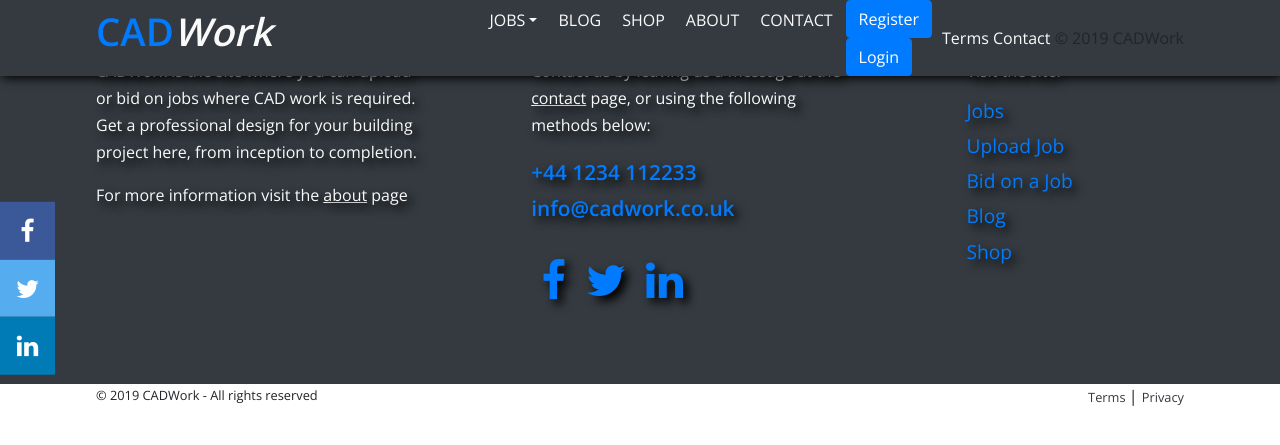
Repository: JShad30/cadwork
Page: templates/base.html
The author's editor kept a record of every edit. The page is drawn from the files as they stood at one moment, then again after the next edit.
The browser window is 1280 px wide. The pictures show the whole page.
The template is drawn by Django 2.2. The application's start-up code is not run. Other server files are loaded and not shown. The template is opened directly, without the code that normally fills it, so the values that code supplies are empty.

Above is the page before.

### templates/base.html
{% load staticfiles %}
<!DOCTYPE html>
<html lang="en">

<head>
	<!--Meta descriptions-->
    <meta charset="UTF-8">
    <meta name="viewport" content="width=device-width, initial-scale=1.0">
    <meta http-equiv="X-UA-Compatible" content="ie=edge">
    <meta name="description" content="Upload jobs and find a CAD Professional for your project">

    <!--Website title and description-->
    <title>CADWork</title>

    <!--Links to font awesome used for social icons and the css file and the bootstrap framework-->
    <link rel="stylesheet" href="https://stackpath.bootstrapcdn.com/bootstrap/4.3.1/css/bootstrap.min.css" integrity="sha384-ggOyR0iXCbMQv3Xipma34MD+dH/1fQ784/j6cY/iJTQUOhcWr7x9JvoRxT2MZw1T" crossorigin="anonymous">
    <link rel="stylesheet" href="https://cdnjs.cloudflare.com/ajax/libs/font-awesome/4.7.0/css/font-awesome.min.css">
    <link rel="stylesheet" href="{% static 'css/styles.css' %}">
</head>

<!--This html page will have the navbar and footer that will be used on every one of the pages-->
<body>

	<nav class="navbar navbar-expand-lg navbar-dark bg-dark">
		<div class="navbar-container">
			<div class="navbar-logo-dropdown-icon">
			    <h2 class="navbar-logo"><a class="navbar-brand" href="#"><span class="navbar-logo-blue">CAD</span><span class="navbar-logo-white">Work</span></a></h2>
			    <button class="navbar-toggler" type="button" data-toggle="collapse" data-target="#navbarNavDropdown" aria-controls="navbarNavDropdown" aria-expanded="false" aria-label="Toggle navigation">
			        <span class="navbar-toggler-icon"></span>
			    </button>
		    </div>
		    <div class="collapse navbar-collapse" id="navbarNavDropdown">
		        <ul class="navbar-nav ml-1">
		        	<li class="nav-item">
		                <a class="nav-link dropdown-toggle" href="#" id="navbarDropdownMenuLink" role="button" data-toggle="dropdown" aria-haspopup="true" aria-expanded="false">Jobs</a>
		        		<div class="dropdown-menu bg-dark" aria-labelledby="navbarDropdownMenuLink">
				            <a class="dropdown-item pl-3" href="#">Upload</a>
				            <a class="dropdown-item pl-3" href="#">Bid</a>
		        		</div>
		      		</li>
		            <li class="nav-item">
		                <a class="nav-link" href="#">Blog</a>
		            </li>
		            <li class="nav-item">
		                <a class="nav-link" href="#">Shop</a>
		            </li>
		            <li class="nav-item">
		                <a class="nav-link" href="#">About</a>
		            </li>
		            <li class="nav-item">
		                <a class="nav-link" href="#">Contact</a>
		            </li>
		            <!--Buttons that link to pages allowing the user to sign up or login to their membership area-->

	                {% if user.is_authenticated %}
	                <!--Account link which only appears if user is logged in-->
	                <div class="nav-item">
	                	<a class="nav-link" href="#">Account</a>
	                </div>
	                <div class="nav-item">
	                	<button class="btn btn-info" href="#" role="button">Logout</button>
	                </div>

		            {% else %}
		            <div class="nav-item">
	                	<button class="btn btn-primary" href="#" role="button">Register</button>
	                	<button class="btn btn-primary" href="#" role="button">Login</button>
	                </div>
		            {% endif %}
		    	</ul>
		    	<!--Contact and about page only appears in mobile views-->
		        <div class="contact-about-navbar">
		          	<div class="contact-about-navbar-links">
			            <a id="terms-navbar" class="terms-privacy-link" href="#">Terms</a>
			            <a id="privacy-navbar" class="terms-privacy-link" href="#">Contact</a>
			            <span class="contact-about-link">&#169; 2019 CADWork</span>
			        </div>
		        </div>
		  	</div>
		</div>
	</nav>

    <!--These social icons only display where the website is being displayed on mobile views -->
    <div class="icon-bar-desktop-views">
		<a href="https://www.facebook.com/" target="_blank" class="icon-bar-facebook"><i class="fa fa-facebook"></i></a>
		<a href="https://twitter.com/" target="_blank" class="icon-bar-twitter"><i class="fa fa-twitter"></i></a>
		<a href="https://www.linkedin.com/?hl=en" target="_blank" class="icon-bar-linkedin"><i class="fa fa-linkedin"></i></a>
	</div>

    {% block content %}
    {% endblock %}

    <footer class="footer">
		<div class="footer-top">
			<div class="footer-container">
	            <!--Links at the top of the footer section-->
				<div class="footer-top-areas">
					<!--Select the recipes by meal type-->
					<div class="footer-section">
						<h3 class="footer-header">About Us</h3>
						<p class="footer-paragraph">CADWork is the site where you can upload or bid on jobs where CAD work is required. Get a professional design for your building project here, from inception to completion.</p>
						<p class="footer-paragraph">For more information visit the <span class="footer-about-contact-link"><a href="#">about</a></span> page</p>
					</div>
					<!--Select recipes by allergen requirements-->
					<div class="footer-section">
						<h3 class="footer-header">Contact Us</h3>
						<p class="footer-paragraph">Contact us by leaving us a message at the <span class="footer-about-contact-link"><a href="#">contact</a></span> page, or using the following methods below:</p>
						<div class="footer-contact options">
							<p class="footer-paragraph" id="footer-paragraph-phone"><a href="tel://+441234112233">+44 1234 112233</a></p>
							<p class="footer-paragraph" id="footer-paragraph-email"><a href="mailto:info@cadwork.co.uk">info@cadwork.co.uk</a></p>
						</div>
						<!--Social links in the footer-->
						<div class="footer-social">
			                <ul class="social-links">
			                    <li class="social"><a class="dropdown-content-link social-link" href="https://www.facebook.com/" target="_blank"><i class="fa fa-facebook"></i></a></li>
			                    <li class="social"><a class="dropdown-content-link social-link" href="https://twitter.com/" target="_blank"><i class="fa fa-twitter"></i></a></li>
			                    <li class="social"><a class="dropdown-content-link social-link" href="https://www.linkedin.com/?hl=en" target="_blank"><i class="fa fa-linkedin"></i></a></li>
			                </ul>
			            </div>

					</div>
					<!--Allow the user to select the pages that show the most recent and the most popular recipes-->
					<div class="footer-section" id="footer-about-section">
						<h3 class="footer-header">Useful Links</h3>
						<p class="footer-paragraph">Visit the site:</p>
						<div class="footer-contact options">
							<p class="footer-paragraph footer-link"><a href="#">Jobs</a></p>
							<p class="footer-paragraph footer-link"><a href="#">Upload Job</a></p>
							<p class="footer-paragraph footer-link"><a href="#">Bid on a Job</a></p>
							<p class="footer-paragraph footer-link"><a href="#">Blog</a></p>
							<p class="footer-paragraph footer-link"><a href="#">Shop</a></p>
						</div>
					</div>
				</div>
			</div>
		</div>
		<!--Bottom section of the footer-->
		<div class="footer-bottom">
			<div class="footer-container">
	            <div class="footer-statement">
	            	<!--Copyright statement-->
	            	<p class="statement">&#169; 2019 CADWork - All rights reserved</p>
	            	<div class="footer-contact-about">
						<p class="footer-contact-about-links">
							<!--Links to the contact and about pages-->
							<span class="footer-contact-about-links-span"><a id="about-footer" class="terms-about-link" href="#">Terms </a></span><span class="footer-contact-about-links-divider">|</span>
				            <span class="footer-contact-about-links-span"><a id="contact-footer" class="terms-about-link" href="#">Privacy</a></span>
				        </p>
					</div>
	            </div>
	        </div>
		</div>
	</footer>

    <!--Scripts to run-->
    <script src="https://code.jquery.com/jquery-3.3.1.slim.min.js" integrity="sha384-q8i/X+965DzO0rT7abK41JStQIAqVgRVzpbzo5smXKp4YfRvH+8abtTE1Pi6jizo" crossorigin="anonymous"></script>
    <script src="https://cdnjs.cloudflare.com/ajax/libs/popper.js/1.14.7/umd/popper.min.js" integrity="sha384-UO2eT0CpHqdSJQ6hJty5KVphtPhzWj9WO1clHTMGa3JDZwrnQq4sF86dIHNDz0W1" crossorigin="anonymous"></script>
    <script src="https://stackpath.bootstrapcdn.com/bootstrap/4.3.1/js/bootstrap.min.js" integrity="sha384-JjSmVgyd0p3pXB1rRibZUAYoIIy6OrQ6VrjIEaFf/nJGzIxFDsf4x0xIM+B07jRM" crossorigin="anonymous"></script>

</body>

</html>

### static/css/styles.css
/*Font style imports*/

/*Colours to use in site*/
/*
blue colour - #007bff
dark grey - #343a40
White colour - #FAFAFA
*/

/*Importing the fonts */

/* Open Sans font to be used throughout the site */
@import url('https://fonts.googleapis.com/css?family=Open+Sans:400,600&display=swap');

/* Titillium web to be used for the headers throughout the site */
@import url('https://fonts.googleapis.com/css?family=Titillium+Web:400,700&display=swap');

/* Global styles styles*/

* {
    margin: 0;
    font-family: "Open Sans", sans-serif;
}

h1, h2, h3, h4, h5, h6 {
    font-family: "Titillium Web", sans-serif;
}







/*---------- Navbar ----------*/
.navbar {
    display: flex;
    justify-content: center;
    position: fixed;
    width: 100%;
    padding: 0;
    box-shadow: 2px 2px 10px #000000;
}

.nav-item {
    display: flex;
    flex-direction: column;
    justify-content: flex-start;
    width: 100%;
    align-items: flex-start;
}

.nav-link i {
    font-size: 1.2em;
}

.nav-buttons {
    margin: 20px 0;
    display: flex;
    flex-direction: row;
}

.dropdown-menu {
    position: absolute;
    width: 100%;
    border-color: rgba(255,255,255,0.1);
    border-width: 0.4px;
    width: 150px;
    border-radius: 0;
    border: 0.5px;
}

.dropdown-item {
    text-transform: uppercase;
    color: #FAFAFA;
}

.dropdown-item:hover {
    background-color: #343a40;
}

.btn-primary {
    font-size: 1.4em;
    margin-right: 20px;
}

.dropdown-item:hover {
    color: #007bff;
}

.navbar-container {
    width: 85%;
    max-width: 1200px;
}

.navbar-logo-dropdown-icon {
    height: 70px;
    display: flex;
    flex-direction: row;
    justify-content: space-between;
    align-items: center;
}

.navbar-logo a {
    font-size: 1.2em;
    font-weight: 600;
}

.navbar-logo-blue {
    color: #007bff;
}

.navbar-logo-white {
    color: #FAFAFA;
    font-style: italic;
}

.navbar-dark .nav-item .nav-link {
    text-transform: uppercase;
    color: #fafafa;
    font-weight: 400;
    font-size: 1em;
    margin-right: 5px;
    transition-duration: 0.1s;
    transition-timing-function: ease-in-out;
}

.navbar-dark .nav-item .nav-link:hover {
    transition-property: color;
    color: #007bff;
    transition-duration: 0.1s;
    transition-timing-function: ease-in-out;
}

.terms-privacy-navbar-links {
    display: flex;
    flex-direction: row;
    justify-content: space-between;
    padding: 20px 0;
}

.navbar-social-link .social-link i {
    color: #FAFAFA;
    font-size: 2em;
    margin: 10px 10px 10px 0;
    transition-duration: 0.1s;
    transition-timing-function: ease-in-out;
}

.navbar-social-link .social-link i:hover {
    color: #007bff;
    transition-duration: 0.1s;
    transition-timing-function: ease-in-out;
}

.terms-privacy-navbar a:hover {
    color: #007bff;
    text-decoration: none;
}

.terms-privacy-link {
    color: #FAFAFA;
}

.terms-privacy-navbar-divider {
    color: #FAFAFA;
}

/*---------- End of social icons at the side of the page in desktop views ----------*/







/*----------Social link bar----------*/
.icon-bar-desktop-views {
    top: 40%;
    position: fixed;
    -webkit-transform: translateY(-50%);
    -ms-transform: translateY(-50%);
    transform: translateY(-50%);
}

.icon-bar-desktop-views a {
    display: none;
    text-align: center;
    transition-timing-function: ease-in-out;
    padding: 10px 12px;
    transition-duration: 0.1s;
    color: white;
    font-size: 25px;
}

.icon-bar-facebook {
    background-color: #3B5998;
    color: #FFFFFF;
    width: 55px;
    transition-property: width;
    transition-timing-function: ease-in-out;
}

.icon-bar-facebook:hover {
    transition-property: width;
    transition-timing-function: ease-in-out;
    width: 65px;
}

.icon-bar-twitter {
    background-color: #55ACEE;
    color: #FFFFFF;
    width: 55px;
    transition-property: width;
    transition-timing-function: ease-in-out;
}

.icon-bar-twitter:hover {
    transition-property: width;
    transition-timing-function: ease-in-out;
    width: 65px;
}

.icon-bar-linkedin {
    background-color: #007bb5;
    color: #FFFFFF;
    width: 55px;
    transition-property: width;
    transition-timing-function: ease-in-out;
}

.icon-bar-linkedin:hover {
    transition-property: width;
    transition-timing-function: ease-in-out;
    width: 65px;
}

.icon-bar-facebook:hover,
.icon-bar-twitter:hover,
.icon-bar-linkedin:hover {
    padding-left: 20px;
}
/*----------End of Social link bar----------*/






/*---------- Footer ----------*/
.footer {
    display: flex;
    flex-direction: column;
    align-items: center;
}

.footer-bottom {
    width: 100%;
    display: flex;
    justify-content: center;
}

.footer-top {
    width: 100%;
    background-color: #343a40;
    display: flex;
    justify-content: center;
}

.footer-container {
    width: 85%;
    max-width: 1200px;
}

.footer-top-container {
    margin-top: 2.5em;
}

.footer-bottom-container {
    margin-top: 1em;
}

.footer-section {
    margin-bottom: 3em;
}

.footer-header {
    color: #FAFAFA;
    font-size: 2em;
    margin-bottom: .6em;
    text-shadow: 5px 5px 10px #000000;
}

.footer-paragraph {
    color: #FAFAFA;
    font-size: 1em;
    line-height: 1.7em;
    text-shadow: 5px 5px 10px #000000;
}

.footer-paragraph a {
    transition-duration: 0.1s;
    transition-timing-function: ease-in-out;
}

.footer-link {
    font-size: 1.2em;
    line-height: 1em;
}

.footer-paragraph a:hover {
    transition-property: color;
    color: #FAFAFA;
    transition-duration: 0.1s;
    transition-timing-function: ease-in-out;
    text-decoration: none;
}

.footer-paragraph span {
    text-decoration: underline;
}

.footer-paragraph span a {
    color: #FAFAFA;
    transition-duration: 0.1s;
    transition-timing-function: ease-in-out;
}

.footer-paragraph span a:hover {
    transition-property: color;
    color: #007bff;
    transition-duration: 0.1s;
    transition-timing-function: ease-in-out;
}

#footer-paragraph-phone,
#footer-paragraph-email {
    font-size: 1.3em;
    font-weight: 600;
    margin-bottom: 0;
    color: #007bff;
}

/*Social links at the top of the footer*/
.footer-social {
    width: 100%;
    display: flex;
    justify-content: left;
    align-items: center;
    min-height: 50px;
    margin: 30px 0;
}

.social-links {
    padding: 20px;
    display: flex;
    flex-direction: row;
    justify-content: space-around;
    padding: 0;
    margin: 0;
    list-style-type: none;
}

.social {
    margin: 0 10px;
}

.social-links li a {
    text-decoration: none;
}

.social-links li a i {
    font-size: 2.7em;
    display: flex;
    transition-duration: 0.1s;
    transition-timing-function: ease-in-out;
    color: #007bff;
    text-shadow: 5px 5px 10px #000000;
}

.social-links li a i:hover {
    transition-property: color;
    transition-duration: 0.1s;
    transition-timing-function: ease-in-out;
    color: #FAFAFA;
}

/* Footer copyright and terms and privacy links at the bottom*/
.footer-statement {
    display: flex;
    justify-content: space-between;
}

.statement,
.footer-contact-about-links-span {
    font-size: 0.8em;
}

.statement {
    display: flex;
    align-items: center;
}

.footer-contact-about-links-span a {
    color: #343a40;
    transition-duration: 0.1s;
    transition-timing-function: ease-in-out;
}

.footer-contact-about-links-span a:hover {
    text-decoration: none;
    color: #007bff;
    transition-duration: 0.1s;
    transition-timing-function: ease-in-out;
}

/*---------- End of Footer ----------*/









/*---------- Larger screen sizes ----------*/
/* Horizontal mobile screens */
@media(min-width: 500px) {
}

/*tablet screens*/
@media(min-width: 768px) {

    /*---------- Footer sections ----------*/
    .footer-top-areas {
        display: flex;
        flex-direction: row;
        justify-content: space-between;
    }

    .footer-section {
        width: 30%;
    }

    #footer-about-section {
        width: 20%;
    }
    /*---------- End of Footer sections ----------*/
}

/*Large tablet and small laptop screens*/
@media(min-width: 992px) {
    /*----------Navbar----------*/
    .navbar {
        padding: 0;
    }

    .navbar-container {
        display: flex;
        flex-direction: row;
        justify-content: space-between;
    }

    .terms-privacy-navbar {
        display: none;
    }

    .btn-primary {
        font-size: 1em;
        margin-right: 10px;
    }

    .nav-buttons {
        margin: 0;
    }

    .navbar-social-link {
        display: none;
    }

    .navbar-collapse {
        justify-content: flex-end;
    }

    /*----------Social link bar display----------*/
    .icon-bar-desktop-views a {
        display: block;
    }
    /*End of social link bar display*/
    /*----------End of Navbar in laptop and desktop views-----------*/

}

/*Larger laptop and desktop screens*/
@media(min-width: 1224px) {
}

After the next edit:
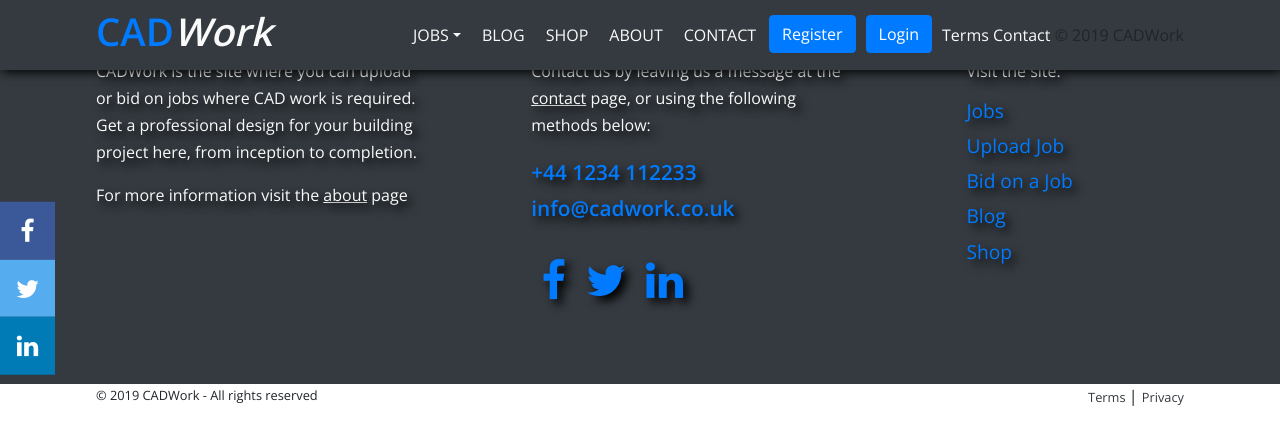
The edit:
--- a/templates/base.html
+++ b/templates/base.html
@@ -62,7 +62,7 @@
 	                </div>
 
 		            {% else %}
-		            <div class="nav-item">
+		            <div class="nav-item nav-buttons">
 	                	<button class="btn btn-primary" href="#" role="button">Register</button>
 	                	<button class="btn btn-primary" href="#" role="button">Login</button>
 	                </div>
